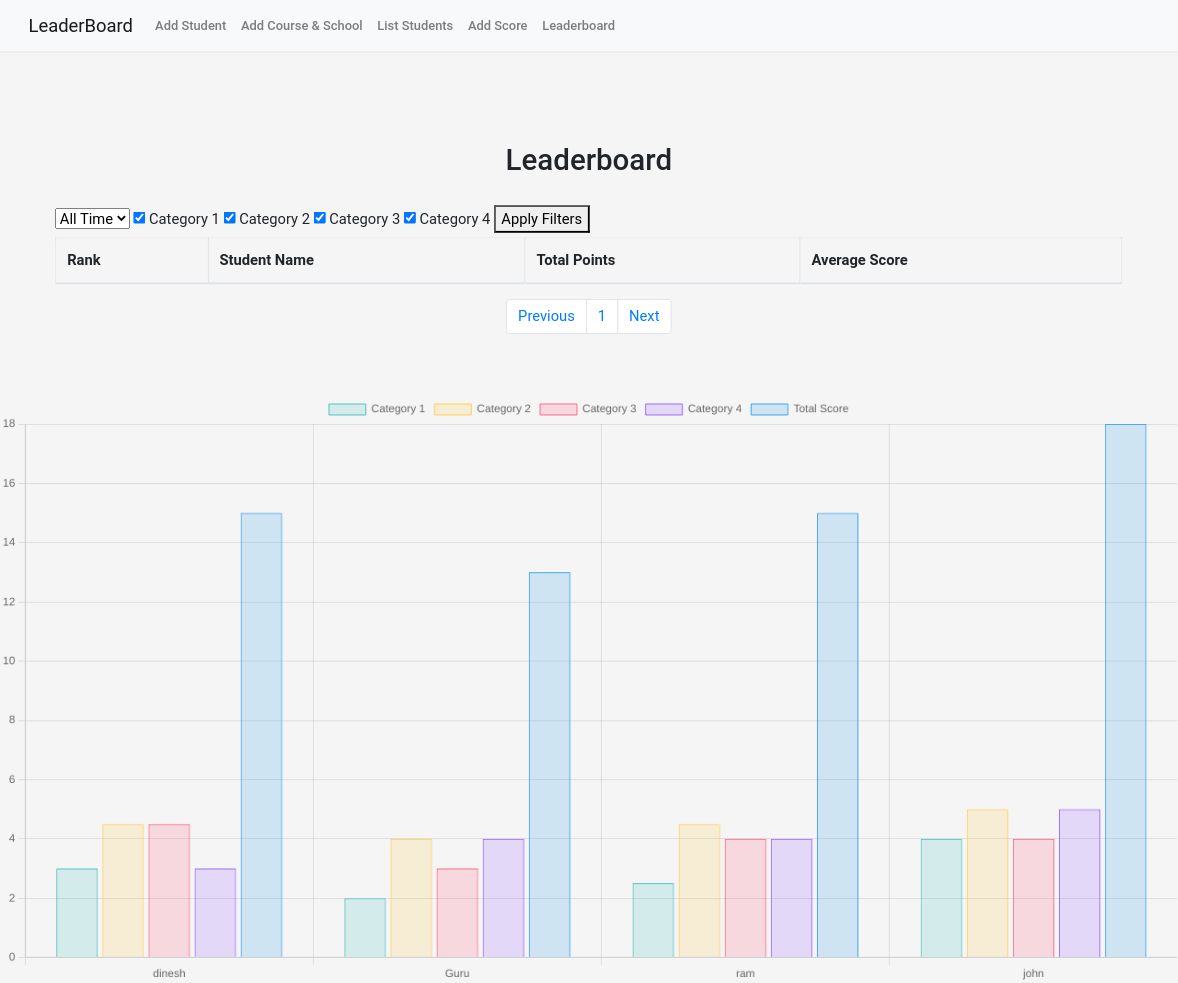
Repository: bigbodhiacademy/gBoard
Page: http://localhost/leaderboard.php?page=0
An editor plug-in stored every save of this project. The page is shown before and after the next save, followed by the edit.
The browser window is 1280 px wide. The pictures show the whole page, at 92% of full size.
The page is run by PHP 8.4 with error messages shown; the project is at /var/www/html/. The database holds what the project's SQL file puts in it.

Above is the page before, as saved 2023-04-22 21:37:14.
Not found: scripts.js

After the next save:
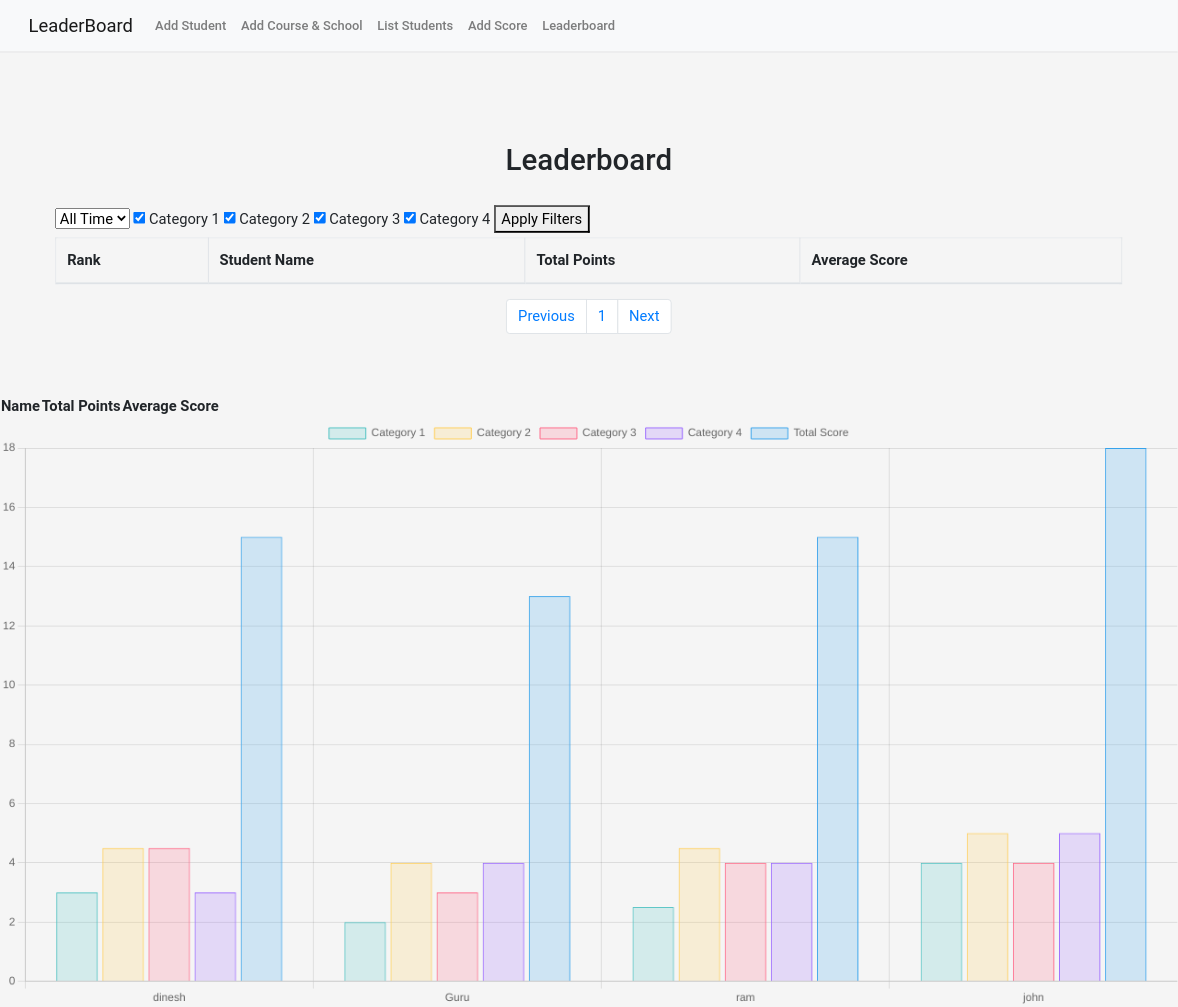
Saved 4 min 10 s later.
--- a/leaderboard.php
+++ b/leaderboard.php
@@ -105,6 +105,20 @@
 </div>
 </div>
 
+<table id="leaderboardTable">
+  <thead>
+    <tr>
+      <th>Name</th>
+      <th>Total Points</th>
+      <th>Average Score</th>
+    </tr>
+  </thead>
+  <tbody>
+    <!-- Table body will be populated by JavaScript -->
+  </tbody>
+</table>
+
+
 <!-- Add this line in the head section of your HTML file -->
 <script src="https://cdn.jsdelivr.net/npm/chart.js"></script>
 <!-- Add this line in the body section of your HTML file -->
